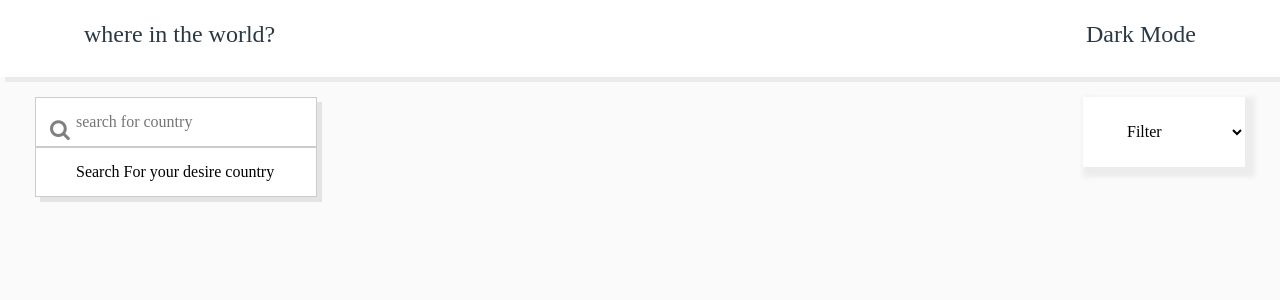
Repository: lamilekan263/countries
Page: /
These files come from the project's save history. The page is drawn as it stood at one moment and after the next save; the edit follows.
The browser window is 1280 px wide. The pictures show the whole page.
The page's requests for data from a server got no answer. The project was rebuilt for these pictures with package versions that can differ from the ones it lists, and the page was loaded fresh each time. No one was signed in, and anything a server would have sent is missing. Also part of the build but not shown: src/components/country/country.css, src/components/country/country.jsx.

Above is the page before, as saved 2020-08-03 14:10:31.

### src/index.js
import React from 'react';
import ReactDOM from 'react-dom';
import { BrowserRouter } from 'react-router-dom'
import 'bootstrap/dist/css/bootstrap.css'
import App from './App';
import './App.css'

ReactDOM.render(

    <React.StrictMode>
      <BrowserRouter>
        <App />
      </BrowserRouter>
    </React.StrictMode>,
  document.getElementById('root')
);

// If you want your app to work offline and load faster, you can change
// unregister() to register() below. Note this comes with some pitfalls.
// Learn more about service workers: https://bit.ly/CRA-PWA
if(module.hot){
  module.hot.accept()
}

### src/App.js
import React, {Component} from 'react';
import NavBar from './components/Navbar/navBar.component'
import CountryList from './components/country-list/country-list.component'
import MyForm from './components/form.component/form.component'

class App extends Component {
  constructor(){
    super();
    this.state={
      countries :[


      ],
      searchValue : ''

      }
  }
    componentDidMount(){
    fetch('https://restcountries.eu/rest/v2/all')
    .then(response => response.json())
    .then(countries => console.log(countries))
  }

  handleCountry = e =>{
    this.setState({searchValue : e.target.value})
    console.log(e)

  }

  render() {
    const {countries, searchValue} = this.state
    const filteredCountries = countries.filter(country => country.name.toLowerCase().includes(searchValue.toLowerCase()))
    return (
      <div>
        <NavBar  />
        <MyForm handleChange ={this.handleCountry}/>
          <CountryList countries = {filteredCountries} />


      </div>
    );
  }
}

export default App;

### src/components/Navbar/navBar.component.jsx
import React  from 'react';
import '../Navbar/navbar.styles.css'
const NavBar = () => {
    return (
        <nav >
            <div className="myContainer" id="nav-flex">
                <div>
                    <h1 >where in the world?</h1>
                </div>
                <div>
                    <h1>Dark Mode</h1>
                </div>
            </div>
        </nav>
     );
}

export default NavBar;

### src/components/country-list/country-list.component.jsx
import React from 'react';
import Country from '../country/country'
import './country-list.styles.css'
const CountryList = props => {
    return (
        <div className="country-list container-fluid">
                    <div className="flex-country">
                        {
                            props.countries.map((country,index) => (
                                    <Country key={ index } country ={country}/>
                                    ))
                                }
                    </div>
        </div>
     );
}

export default CountryList;

### src/components/form.component/form.component.jsx
import React, { useState } from 'react';
import Input from "../input.component/input.component"
import SelectDropDownByRegion from '../selectCountryRegion/selectCountryRegion.component'
import './form.styles.css';




const MyForm =props =>{
    const [text, textState] = useState('')

    const onChange  = e => console.log(textState( e.target.value))

    const onSubmit = e =>{
        e.preventDefault();
        console.log(text)
    }

    return(
        <div className="container-fluid">
            <form className="myForm" onSubmit = {onSubmit}>
                <div>
                    <Input onHandleChange={onChange} value={text}/>
                    <input  value="Search For your desire country" />
                 </div>
                <SelectDropDownByRegion />

            </form>

        </div>
    );
}


export default MyForm

### src/components/Navbar/navbar.styles.css

nav{
    background-color:white;
    color:hsl(209, 23%, 22%);
    box-shadow: 5px 5px rgb(236, 234, 234);
    /* position: fixed; /* Set the navbar to fixed position */
    /* top: 0px;
    overflow: hidden;
    z-index:1; */
    width:100%;

}

h1{
    font-size:1.5em;
}
#nav-flex{
    display:flex;
    justify-content: space-between;
    padding:20px;
}
.myContainer{
    width:90%;
    margin:0 auto;
    overflow:hidden;
}

### src/components/country-list/country-list.styles.css

.country-list{
    padding:0% 7%;
    margin:150px 0 20px;


}
@media(min-width:750px){
    .flex-country{
        display:flex;
        flex-wrap:wrap;
        justify-content: space-around;
    }
}

### src/components/input.component/input.component.jsx
import React from 'react';

import './input.styles.css'


const Input = props =>(
    <div className="fontuser">
            <input type="text"
                    placeholder="search for country"
                     required />
            <i className="fa fa-search fa-lg" >{props.onHandleChange}</i>
    </div>
)

export default Input;

### src/components/selectCountryRegion/selectCountryRegion.component.jsx
import React from 'react';

import './selectCountryRegion.styles.css'

const SelectDropDownByRegion = () =>{


    return(
        <div>
            <select name="Filter by Region">
                            <option value="">Filter</option>
                            <option value="Africa">Africa</option>
                            <option value="Americas">Americas</option>
                            <option value="Asia">Asia</option>
                            <option value="Europe">Europe</option>
                            <option value="Oceania">Oceania</option>
            </select>
        </div>
    )
}


export default SelectDropDownByRegion

### src/components/form.component/form.styles.css
.myForm{
    position: relative;
    top:30;
    left:10;
    display: flex;
    flex-direction: row;
    justify-content: space-between;
    margin:20px;
}
@media(max-width:740px){
    .myForm{
        flex-direction: column;
    }
}

button{
    margin:10px 0;
    width:100%;
    border: none;
    background-color: rgb(196, 36, 97);
    color:white;
    padding:10px;
    font-weight: 700;
    font-size:1rem;
    box-shadow:5px 5px rgb(236, 234, 234);
}

### src/components/input.component/input.styles.css
input{
    width:100%;
    border:none;
    box-shadow:5px 5px rgb(228, 228, 228);
    padding: 12px 40px;
    display: inline-block;
    border: 1px solid #ccc;
    box-sizing: border-box;
}
input :active{
    border: 1px solid red;

}
i{
    position: absolute;
    left: 15px;
    top: 25px;
    color: gray;
}

### src/components/selectCountryRegion/selectCountryRegion.styles.css
select{
    padding: 12px 40px;
    height:70px;
    border: none;
    background-color: #fff;
    box-shadow:5px 5px 5px 5px rgb(236, 236, 236, 236);
}
select ::after{
    color:red;
}

Loaded but not shown: public/index.html (common file); src/App.css (common file)

After the next save:
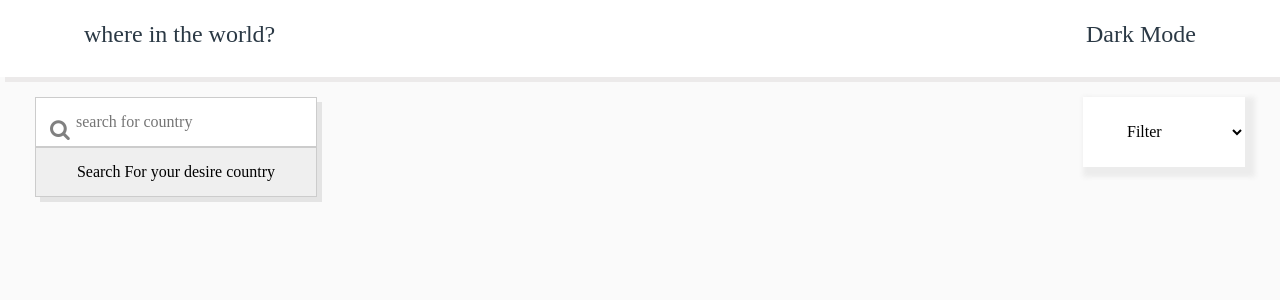
Saved 7 s later.
--- a/src/components/form.component/form.component.jsx
+++ b/src/components/form.component/form.component.jsx
@@ -21,7 +21,7 @@ const MyForm =props =>{
             <form className="myForm" onSubmit = {onSubmit}>
                 <div>
                     <Input onHandleChange={onChange} value={text}/>
-                    <input  value="Search For your desire country" />
+                    <input type="submit" value="Search For your desire country" />
                  </div>
                 <SelectDropDownByRegion />
 
